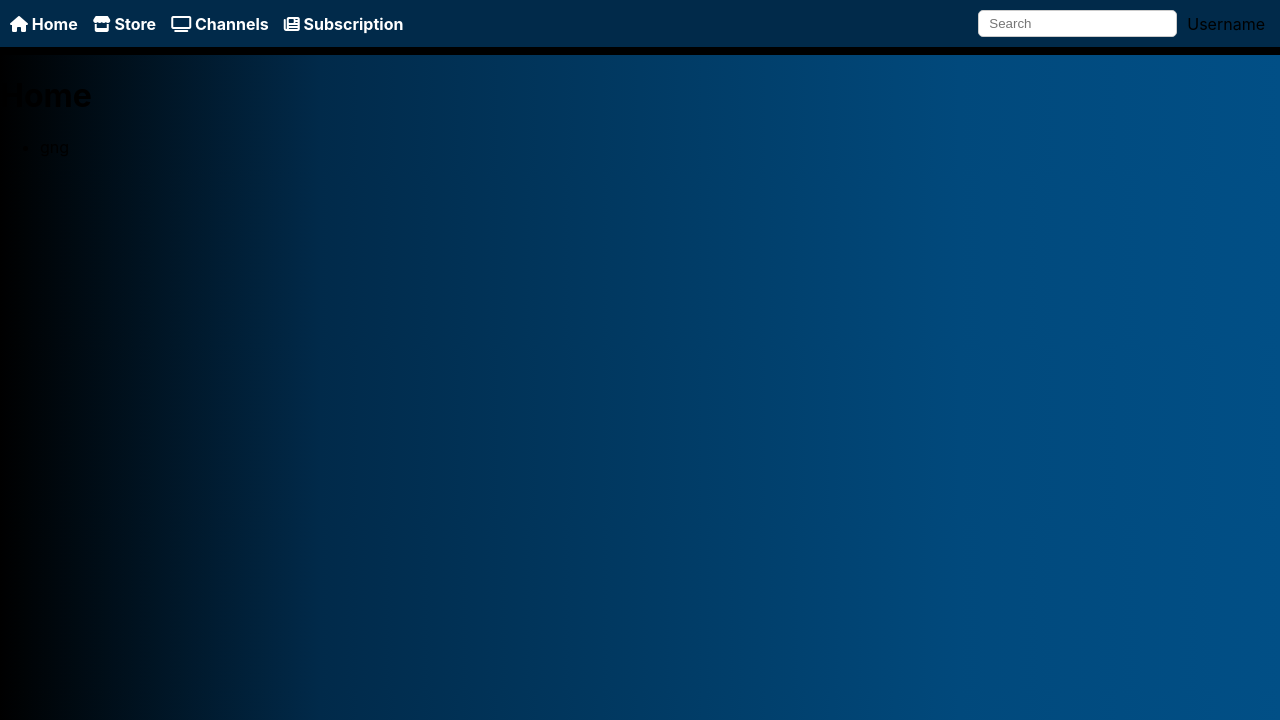
Repository: gordonnrat/group-2-project
Page: / (app in source-code/)
These files come from the project's save history. The page is drawn as it stood at one moment and after the next save; the edit follows.
The browser window is 1280 px wide. The pictures show the whole page.
The project was rebuilt for these pictures with package versions that can differ from the ones it lists, and the page was loaded fresh each time. Also part of the build but not shown: source-code/src/App.css, source-code/src/App.js, source-code/src/components/pages/Login.js.

Above is the page before, as saved 2023-07-21 10:39:06.

After the next save:
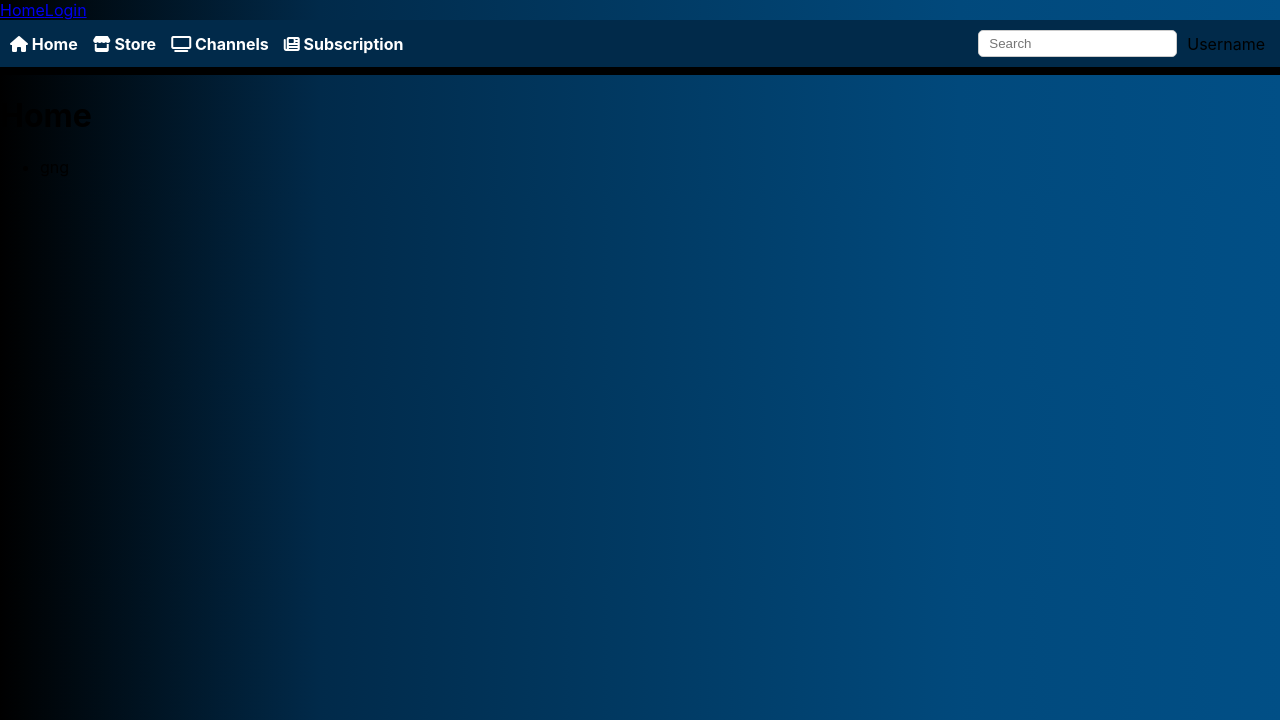
Saved 3 min 39 s later.
--- a/source-code/src/index.js
+++ b/source-code/src/index.js
@@ -16,18 +16,25 @@ import Login from './components/pages/Login';
 ReactDOM.render(
   <React.StrictMode>
     <Router>
-      <Routes>
-        <Route path="/" element={<Home />} />
-        <Route path="/login" element={<Login />} />
-        {/* Add more routes here */}
-        <Route path="/group-2-project" element={<Link to="/" />} />
-      </Routes>
+      <div className="sidebar-left">
+        <Link to="/">Home</Link>
+        <Link to="/login">Login</Link>
+        {/* Add more links to other pages */}
+      </div>
+      <div className="main-content">
+        <Routes>
+          <Route path="/" element={<Home />} />
+          <Route path="/login" element={<Login />} />
+          {/* Add more routes here */}
+          <Route path="/group-2-project" element={<Link to="/" />} />
+        </Routes>
+      </div>
+      <div className="sidebar-right">
+        {/* Add content for the right sidebar */}
+      </div>
     </Router>
   </React.StrictMode>,
   document.getElementById('root')
 );
 
-// If you want to start measuring performance in your app, pass a function
-// to log results (for example: reportWebVitals(console.log))
-// or send to an analytics endpoint. Learn more: https://bit.ly/CRA-vitals
 reportWebVitals();
